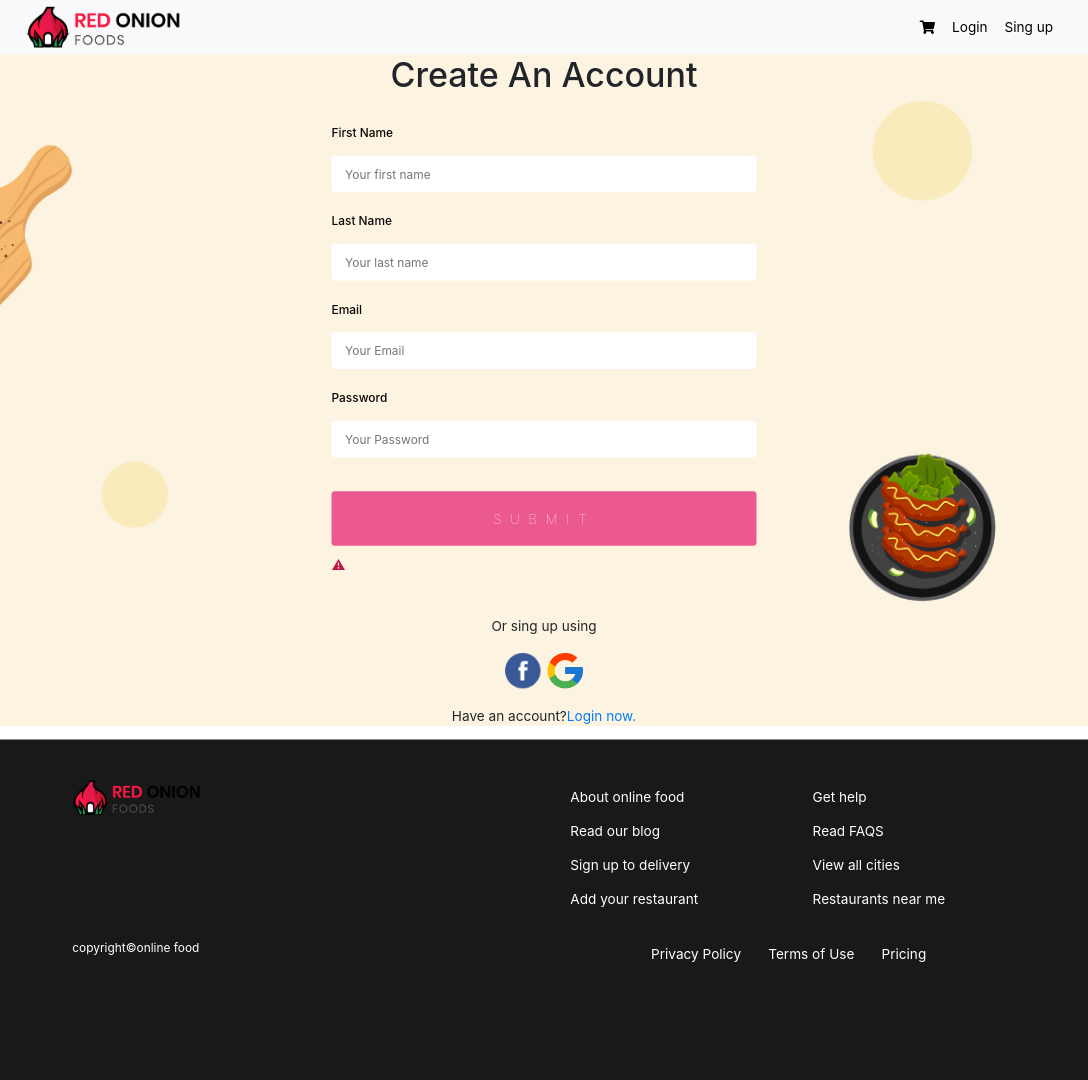
Repository: arif286/red-onion-client
Page: /
These files come from the project's save history. The page is drawn as it stood at one moment and after the next save; the edit follows.
The browser window is 1280 px wide. The pictures show the whole page, at 85% of full size.
The project was rebuilt for these pictures with package versions that can differ from the ones it lists, and the page was loaded fresh each time. Also part of the build but not shown: src/App.css, src/components/Cart/Cart.js, src/components/SearchBar/SearchBar.css, src/components/SearchBar/SearchBar.js, src/components/FoodDetails/FoodDetail.css, src/components/FoodDetails/FoodDetail.js, src/components/DeliveryFood/DeliveryFood.js, src/components/Food/Food.css and 4 more.

Above is the page before, as saved 2021-03-26 14:30:58.

### src/App.js
import "bootstrap/dist/css/bootstrap.min.css";
import React, { createContext, useState } from "react";
import { BrowserRouter as Router, Route, Switch } from "react-router-dom";
import './App.css';
import Cart from "./components/Cart/Cart";
import FoodDetail from "./components/FoodDetails/FoodDetail";
import Footer from "./components/Footer/Footer";
import Header from "./components/Header/Header";
import Home from './components/Home/Home';
import Login from "./components/LogIn/Login";
import PrivateRoute from "./components/PrivateRoute/PrivateRoute";
import SingUp from "./components/SingUp/SingUp";


export const UserContext = createContext();
function App() {
  const [loggedInUser, setLoggedInUser] = useState({});
  return (
    <UserContext.Provider value={[loggedInUser, setLoggedInUser]}>
      <Router>
        <Header />
        <Switch>
          <Route path="/home">
            <Home />
          </Route>
          <Route path="/signUp">
            <SingUp />
          </Route>
          <Route path="/login">
            <Login />
          </Route>
          <Route path="/food/details/:foodId">
            <FoodDetail />
          </Route>
          <PrivateRoute>
            <Cart/>
          </PrivateRoute>
          <Route exact path="/">
            <Home/>
          </Route>
        </Switch>
        <Footer />
      </Router>
    </UserContext.Provider>
  );

}

export default App;

### src/components/Footer/Footer.js
import React from 'react';
import { NavLink } from 'react-bootstrap';
import Logo from '../../onion-restaurent/logo2.png';
import './Footer.css';

const Footer = () => {
    return (
      <footer>
        <div className="container">
          <div className="row pt-5">
            <div className="col-md-6 col-sm-12 pb-4">
              <img className="footer-img" src={Logo} alt="" />
            </div>
            <div className="col-md-3 col-sm-12 pb-4">
              <ul className="nav flex-column">
                <li className="nav-item">
                  <NavLink
                    className="nav-link active footer-link"
                    aria-current="page"
                    to="/"
                  >
                    About online food
                  </NavLink>
                </li>
                <li className="nav-item">
                  <NavLink className="nav-link footer-link" to="/">
                    Read our blog
                  </NavLink>
                </li>
                <li className="nav-item">
                  <NavLink className="nav-link footer-link" to="/">
                    Sign up to delivery
                  </NavLink>
                </li>
                <li className="nav-item">
                  <NavLink className="nav-link footer-link" to="/">
                    Add your restaurant
                  </NavLink>
                </li>
              </ul>
            </div>
            <div className="col-md-3 col-sm-12 pb-4">
              <ul className="nav flex-column">
                <li className="nav-item">
                  <NavLink
                    className="nav-link footer-link"
                    aria-current="page"
                    to="/"
                  >
                    Get help
                  </NavLink>
                </li>
                <li className="nav-item">
                  <NavLink className="nav-link footer-link" to="/">
                    Read FAQS
                  </NavLink>
                </li>
                <li className="nav-item">
                  <NavLink className="nav-link footer-link" to="/">
                    View all cities
                  </NavLink>
                </li>
                <li className="nav-item">
                  <NavLink className="nav-link footer-link" to="/">
                    Restaurants near me
                  </NavLink>
                </li>
              </ul>
            </div>
          </div>

          <div className="row">
            <div className="col-md-7">
              <p className='copy-right'>
                <small>
                  copyright<span>&#169;</span>online food
                </small>
              </p>
            </div>
            <div className="col-md-5">
              <div className='d-flex'>
                <NavLink className="footer-link">Privacy Policy</NavLink>
                <NavLink className="footer-link">Terms of Use</NavLink>
                <NavLink className="footer-link">Pricing</NavLink>
              </div>
            </div>
          </div>
        </div>
      </footer>
    );
};

export default Footer;

### src/components/Header/Header.js
import { faShoppingCart } from "@fortawesome/free-solid-svg-icons";
import { FontAwesomeIcon } from "@fortawesome/react-fontawesome";
import React from 'react';
import { NavLink } from "react-router-dom";
import logo from '../../onion-restaurent/logo2.png';
import './Header.css';
const cart = <FontAwesomeIcon icon={faShoppingCart} />;
const Header = () => {
    const header = {
        logo : {width: '180px'}
    }
    return (
      <div>
        <nav className="navbar navbar-expand-lg navbar-light bg-light">
          <div className="container-fluid">
            <div>
              <img style={header.logo} src={logo} alt="" />
            </div>
            <button
              className="navbar-toggler"
              type="button"
              data-bs-toggle="collapse"
              data-bs-target="#navbarNav"
              aria-controls="navbarNav"
              aria-expanded="false"
              aria-label="Toggle navigation"
            >
              <span className="navbar-toggler-icon"></span>
            </button>
            <div
              className="collapse  navbar-collapse justify-content-end"
              id="navbarNav"
            >
              <ul className="navbar-nav">
                <li className="nav-item">
                  <NavLink className="header-link" to="/">
                    {cart}
                  </NavLink>
                </li>
                <li className="nav-item">
                  <NavLink className="header-link" to="/login">
                    Login
                  </NavLink>
                </li>
                <li className="nav-item">
                  <NavLink className="header-link" to="/signUp">
                    Sing up
                  </NavLink>
                </li>
              </ul>
            </div>
          </div>
        </nav>
      </div>
    );
};

export default Header;

### src/components/PrivateRoute/PrivateRoute.js
import React, { useContext } from "react";
import { Redirect, Route } from "react-router";
import { UserContext } from "../../App";

const PrivateRoute = ({ children, ...rest }) => {
    const [loggedInUser, setLoggedInUser] = useContext(UserContext)
  return (
    <Route
      {...rest}
      render={({ location }) =>
        loggedInUser.email ? (
          children
        ) : (
          <Redirect
            to={{
              pathname: "/signUp",
              state: { from: location },
            }}
          />
        )
      }
    />
  );
};

export default PrivateRoute;

### src/components/SingUp/SingUp.js
import React, { useContext } from 'react';
import { useForm } from "react-hook-form";
import { Link } from 'react-router-dom';
import { UserContext } from '../../App';
import image from '../../onion-restaurent/bannerbackground.png';
import { createAccountWithEmailPassword, initializeLoginFramework } from '../LogIn/LoginManager';
import WithoutLogin from '../LogIn/WithoutLogin';
import './SingUp.css';
const bgImage = {
  backgroundImage: `url(${image})`,
  backgroundRepeat: "no-repeat, repeat",
  // height: "100vh",
  backgroundSize: "cover",
    backgroundPosition: "bottom",
};

const SingUp = () => {
  const [loggedInUser, setLoggedInUser] = useContext(UserContext);

    const { register, handleSubmit, errors } = useForm();
  initializeLoginFramework();

    const onSubmit = (data) => {
        const { firstName, lastName, email, password } = data;
        const name = `${firstName} ${lastName}`
        createAccountWithEmailPassword(email, password, name)
          .then(res => {
            console.log(res)
            console.log(res.displayName, res.email)
            setLoggedInUser(res);
          })
          .catch(error => {
          console.log(error)
            setLoggedInUser(error);
        })
    };
   console.log(loggedInUser);
    return (
      <div style={bgImage}>
        <div className='container'>
          <h1 className="form-header"> Create An Account</h1>
          {loggedInUser.email && (
            <div className="alert alert-success" role="alert">
              Your account has been created successfully!
            </div>
          )}
          <form className="form-submit" onSubmit={handleSubmit(onSubmit)}>
            <label htmlFor="firstName">First Name</label>
            <input
              defaultValue=""
              name="firstName"
              placeholder="Your first name"
              ref={register({
                validate: (value) => value.length > 3,
                required: true,
              })}
            />
            {errors.firstName && (
              <p>Your first name is less than 3 characters</p>
            )}

            <label htmlFor="lastName">Last Name</label>
            <input
              defaultValue=""
              name="lastName"
              placeholder="Your last name"
              ref={register({
                validate: (value) => value.length > 2,
                required: true,
              })}
            />
            {errors.lastName && <p>Your last name is less than 2 characters</p>}

            <label htmlFor="email">Email</label>
            <input
              defaultValue=""
              name="email"
              placeholder="Your Email"
              type="email"
              ref={register({
                required: true,
                pattern: /^(([^<>()[\]\\.,;:\s@"]+(\.[^<>()[\]\\.,;:\s@"]+)*)|(".+"))@((\[[0-9]{1,3}\.[0-9]{1,3}\.[0-9]{1,3}\.[0-9]{1,3}\])|(([a-zA-Z\-0-9]+\.)+[a-zA-Z]{2,}))$/,
              })}
            />
            {errors.email && <p>Your email is invalid</p>}

            <label htmlFor="password">Password</label>
            <input
              defaultValue=""
              name="password"
              placeholder="Your Password"
              type="password"
              ref={register({
                required: true,
                pattern: /^(?=.*\d)(?=.*[a-z])(?=.*[A-Z]).{6,20}$/,
              })}
            />
            {errors.password && (
              <p>
                password between 6 to 20 characters which contain one numeric
                digit, one uppercase and one lowercase letter.
              </p>
            )}

            <input type="submit" />
            {!loggedInUser.success && <p>{loggedInUser.error}</p>}
          </form>
          <div>
            <WithoutLogin />
            <p className="text-center">
              Have an account?
              <Link to="/login">Login now.</Link>
            </p>
          </div>
        </div>
      </div>
    );
};

export default SingUp;

### src/components/Footer/Footer.css
.footer-img {
  width: 150px;
}
footer {
  background-color: #191919;
  height: 400px;
}
.footer-link {
  color: white;
}
.footer-link:hover {
  color: #878787;
}
.copy-right {
  color: white;
}

### src/components/Header/Header.css
.header-link {
  color: black;
  display: inline-block;
  padding: 10px;
}
.header-link:hover {
  text-decoration: none;
  color: #777777;
}

### src/components/LogIn/LoginManager.js
import firebase from "firebase/app";
import "firebase/auth";
import firebaseConfig from "./firebase.config";


export const initializeLoginFramework = () => {
  if (firebase.apps.length === 0) {
    firebase.initializeApp(firebaseConfig);
  }
};

const provider = new firebase.auth.GoogleAuthProvider();

export const handleGoogleSingIn = () => {
    return firebase
      .auth()
      .signInWithPopup(provider)
      .then((result) => {

          const { displayName, email, phoneNumber, photoURL } = result.user;
          const signInUser = {
              isSignIn: true,
              name: displayName,
              email: email,
              phone: phoneNumber,
              photo: photoURL,
          };
          return signInUser;
      })
      .catch((error) => {
        // Handle Errors here.
        const signInUser = {
          isSignIn: false,
          name: '',
          email: '',
          password: '',
          phone: '',
          photo: '',
        }
        signInUser.error = error.message;
        return signInUser;
      });
}
export const logInWithEmailPassword = (email, password) => {
    return firebase
      .auth()
      .signInWithEmailAndPassword(email, password)
      .then(res => {
        const newUserInfo = res.user
        newUserInfo.error = '';
        newUserInfo.success = true;
        return newUserInfo;
          })
      .catch((error) => {
        const newUserInfo = {}
        newUserInfo.error = error.message;
        newUserInfo.success = false;
        console.log(error.message)
        return newUserInfo;
      });
}

export const createAccountWithEmailPassword = (email, password, name) => {
  return firebase
    .auth()
    .createUserWithEmailAndPassword(email, password)
    .then((res) => {
      const newUserInfo = res.user
      newUserInfo.error = '';
      newUserInfo.success = true;
      updateUserName(name);
      return newUserInfo;
    })
    .catch((error) => {
      console.log(error);
      const newUserInfo = {}
      newUserInfo.error = error.message;
      newUserInfo.success = false;
      return newUserInfo;
    });
};

const updateUserName = (name) => {
  const user = firebase.auth().currentUser;

  user
    .updateProfile({
      displayName: name,
    })
    .then(function () {
      // Update successful.
      console.log("user name update");
    })
    .catch(function (error) {
      // An error happened.
      console.log(error);
    });
};

const fbProvider = new firebase.auth.FacebookAuthProvider();

export const handleFacebookSignIn = () => {
   return firebase
    .auth()
    .signInWithPopup(fbProvider)
    .then((result) => {
      const { displayName, email, phoneNumber, photoURL } = result.user;
      const signInUser = {
        isSignIn: true,
        name: displayName,
        email: email,
        phone: phoneNumber,
        photo: photoURL,
      };
      return signInUser;
    })
     .catch((error) => {
      console.log(error);
      const signInUser = {
        isSignIn: false,
        name: "",
        email: "",
        password: "",
        phone: "",
        photo: "",
      };
      signInUser.error = error.message;
      return signInUser;
    });
}

### src/components/LogIn/WithoutLogin.js
import React, { useContext } from 'react';
import { useHistory, useLocation } from "react-router-dom";
import { UserContext } from '../../App';
import facebook from "../../onion-restaurent/ICON/Facebook.png";
import google from "../../onion-restaurent/ICON/Google.png";
import "./Login.css";
import {
    handleFacebookSignIn,
    handleGoogleSingIn,
    initializeLoginFramework
} from "./LoginManager";


const WithoutLogin = () => {
    const [loggedInUser, setLoggedInUser] = useContext(UserContext);
    const history = useHistory();
    const location = useLocation();
    const { from } = location.state || { from: { pathname: "/" } };

    initializeLoginFramework();

      const handleGoogleLogin = () => {
        handleGoogleSingIn().then((res) => {
          console.log(res);
          setLoggedInUser(res);
          history.replace(from);
        });
        console.log("click me");
    };

      const handleFacebookLogin = () => {
        handleFacebookSignIn()
          .then((res) => {
            setLoggedInUser(res);
          })
          .catch((error) => {
            setLoggedInUser(error);
          });
      };
    return (
      <div className="mt-5">
        <p className="text-center">Or sing up using</p>
        <div className="d-flex justify-content-center">
          <p className="icon">
            <img onClick={handleFacebookLogin} src={facebook} alt="" />
          </p>
          <p className="icon">
            <img onClick={handleGoogleLogin} src={google} alt="" />
          </p>
        </div>
      </div>
    );
};

export default WithoutLogin;

### src/components/SingUp/SingUp.css
.form-submit {
  max-width: 500px;
  margin: 0 auto;
}

.form-header {
  /* font-weight: 100; */
  text-align: center;
  padding-bottom: 10px;
}

.form {
  background: #0e101c;
  max-width: 400px;
  margin: 0 auto;
}

.form-submit p {
  color: #bf1650;
}

.form-submit p::before {
  display: inline;
  content: "⚠ ";
}

.form-submit input {
  display: block;
  box-sizing: border-box;
  width: 100%;
  border-radius: 4px;
  border: 1px solid white;
  padding: 10px 15px;
  margin-bottom: 10px;
  font-size: 14px;
}

.form-submit label {
  line-height: 2;
  text-align: left;
  display: block;
  margin-bottom: 13px;
  margin-top: 20px;
  color: #080707;
  font-size: 14px;
  font-weight: 500;
}

button[type="submit"],
.form-submit input[type="submit"] {
  background: #ec5990;
  color: white;
  text-transform: uppercase;
  border: none;
  margin-top: 40px;
  padding: 20px;
  font-size: 16px;
  font-weight: 100;
  letter-spacing: 10px;
}

button[type="submit"]:hover,
.form-submit input[type="submit"]:hover {
  background: #bf1650;
}

/* button[type="submit"]:active,
.form-submit input[type="button"]:active,
.form-submit input[type="submit"]:active {
  transition: 0.3s all;
  transform: translateY(3px);
  border: 1px solid transparent;
  opacity: 0.8;
}

.form-submit input:disabled {
  opacity: 0.4;
}

.form-submit input[type="button"]:hover {
  transition: 0.3s all;
}

button[type="submit"],
.form-submit input[type="button"],
.form-submit input[type="submit"] {
  -webkit-appearance: none;
}

.App {
  max-width: 600px;
  margin: 0 auto;
}

button[type="button"] {
  display: block;
  appearance: none;
  background: #333;
  color: white;
  border: none;
  text-transform: uppercase;
  padding: 10px 20px;
  border-radius: 4px;
}

pre {
  color: white;
}

hr {
  margin-top: 30px;
}

button {
  display: block;
  appearance: none;
  margin-top: 40px;
  border: 1px solid #333;
  margin-bottom: 20px;
  text-transform: uppercase;
  padding: 10px 20px;
  border-radius: 4px;
} */

### src/components/LogIn/firebase.config.js
const firebaseConfig = {
  apiKey: "AIzaSyBWzfoc-TsST_RbsttCqWiNlDbUF6bRq4I",
  authDomain: "red-onion-food-shop.firebaseapp.com",
  projectId: "red-onion-food-shop",
  storageBucket: "red-onion-food-shop.appspot.com",
  messagingSenderId: "577645791834",
  appId: "1:577645791834:web:0a8111144bda71c388e663",
};
export default firebaseConfig;

### src/components/LogIn/Login.css
.icon img {
  width: 50px;
}

Loaded but not shown: public/index.html (common file); src/index.js (common file); src/index.css (common file); src/reportWebVitals.js (common file)

After the next save:
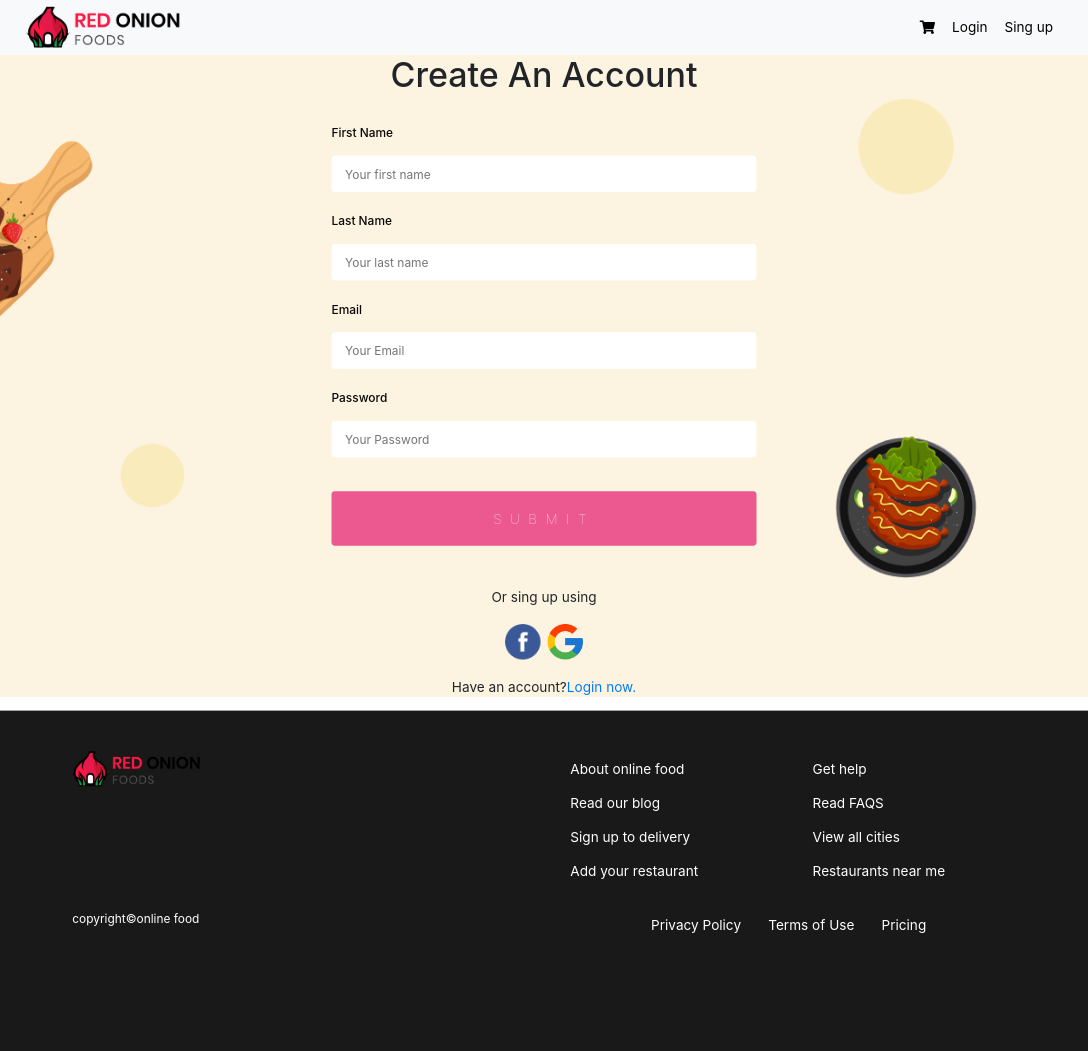
Saved 97 s later.
--- a/src/components/SingUp/SingUp.js
+++ b/src/components/SingUp/SingUp.js
@@ -103,7 +103,7 @@ const SingUp = () => {
             )}
 
             <input type="submit" />
-            {!loggedInUser.success && <p>{loggedInUser.error}</p>}
+            {loggedInUser.success && <p>{loggedInUser.error}</p>}
           </form>
           <div>
             <WithoutLogin />
